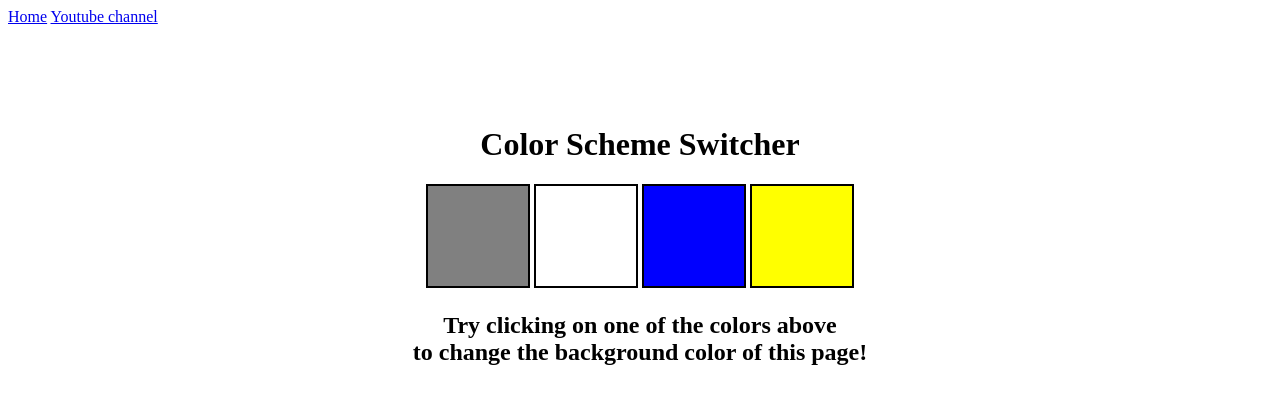
Repository: swarnabha-dutta/JS_Notes
Page: Projects/01-color-changer/colorChanger.html
An editor plug-in stored every save of this project. The page is shown before and after the next save, followed by the edit.
The browser window is 1280 px wide. The pictures show the whole page.
After loading, the first visible `#grey` was clicked once.

Above is the page before, as saved 2025-08-29 06:47:43.

After the next save:
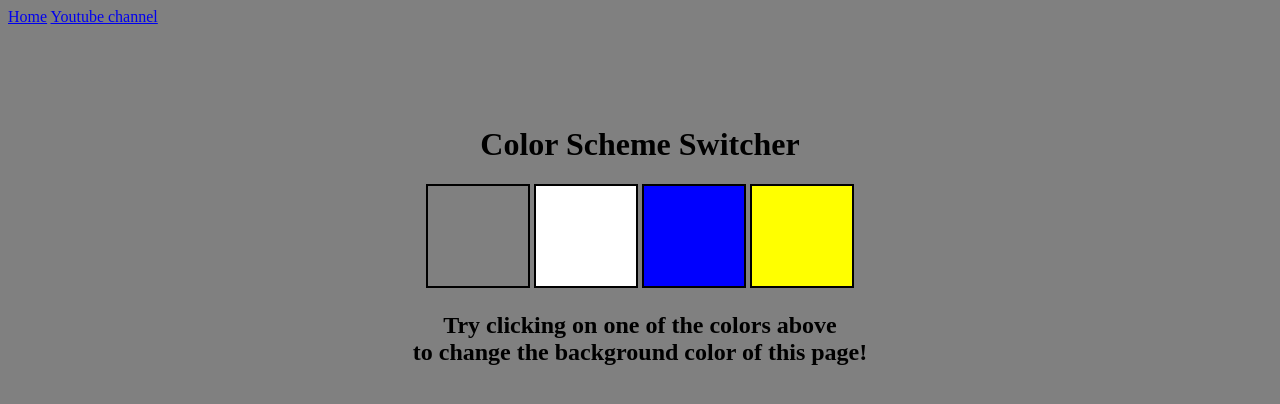
Saved 49 s later.
--- a/Projects/01-color-changer/colorChanger.js
+++ b/Projects/01-color-changer/colorChanger.js
@@ -9,7 +9,7 @@ allBtns.forEach(function (btn)  {
         console.log(e);
         console.log(e.target);
 
-        const color = e.target.dispatchEvent;
+        const color = e.target.id;
         switch (color) {
             case "grey":
                 bodySelect.style.backgroundColor = color;
